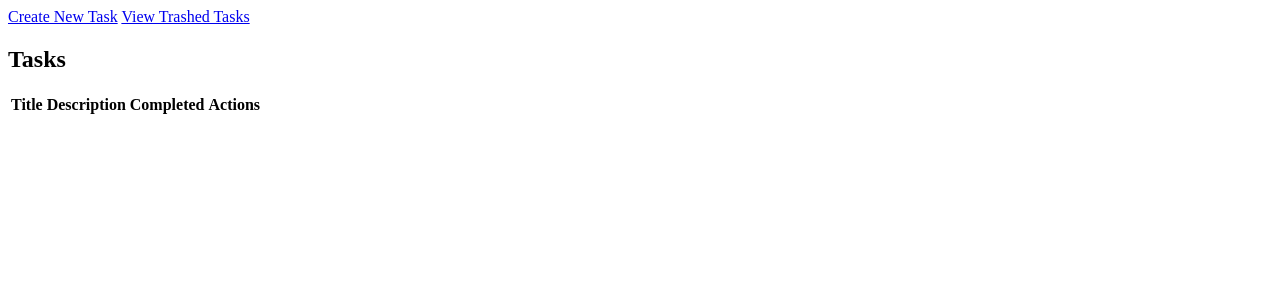
Repository: Abdulahi338/Crude-operation-using-MVC
Page: http://localhost/tasks
The author's editor kept a copy of each file at every save. The page is drawn from the files as they stood at one save, then again after the next save.
The browser window is 1280 px wide. The pictures show the whole page.
The page is served by the project's Laravel application, run on PHP 8.4 with Laravel 12. Queries for data that is not in the repository find no rows.

Above is the page before, as saved 2024-09-12 15:22:37.

After the next save:
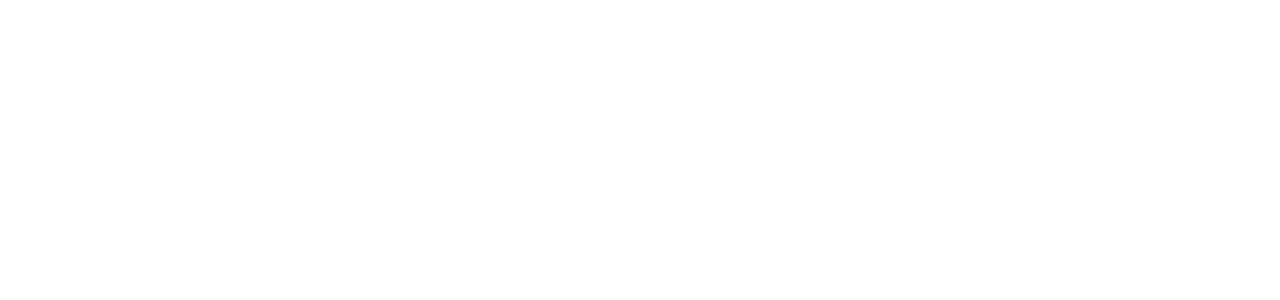
Saved 4 s later.
--- a/resources/views/tasks/index.blade.php
+++ b/resources/views/tasks/index.blade.php
@@ -5,7 +5,7 @@
     <meta name="viewport" content="width=device-width, initial-scale=1.0">
     <title>Tasks</title>
     {{-- <link rel="stylesheet" href="https://maxcdn.bootstrapcdn.com/bootstrap/4.0.0/css/bootstrap.min.css"> --}}
-
+    <style></
 </head>
 <body>
     <div class="container mt-4">

After the 2 saves that followed:
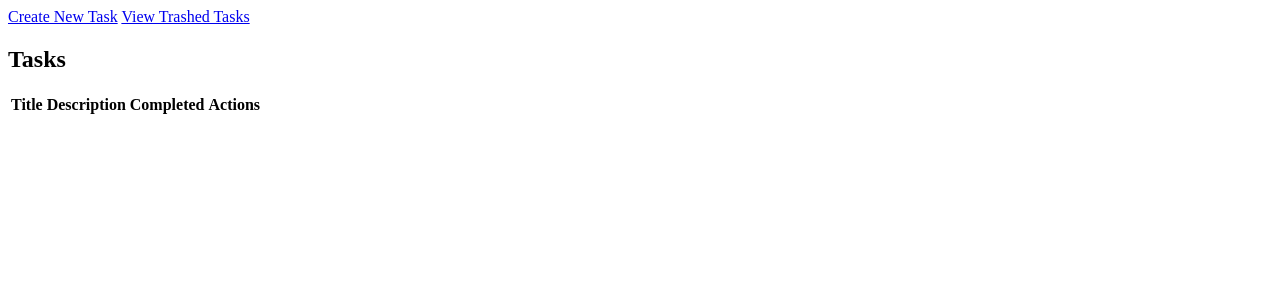
The 2 saves are shown as one change because 1 left the picture as it was.
The last was saved 13 s later.
--- a/resources/views/tasks/index.blade.php
+++ b/resources/views/tasks/index.blade.php
@@ -5,7 +5,7 @@
     <meta name="viewport" content="width=device-width, initial-scale=1.0">
     <title>Tasks</title>
     {{-- <link rel="stylesheet" href="https://maxcdn.bootstrapcdn.com/bootstrap/4.0.0/css/bootstrap.min.css"> --}}
-    <style></
+    <style></style>
 </head>
 <body>
     <div class="container mt-4">
